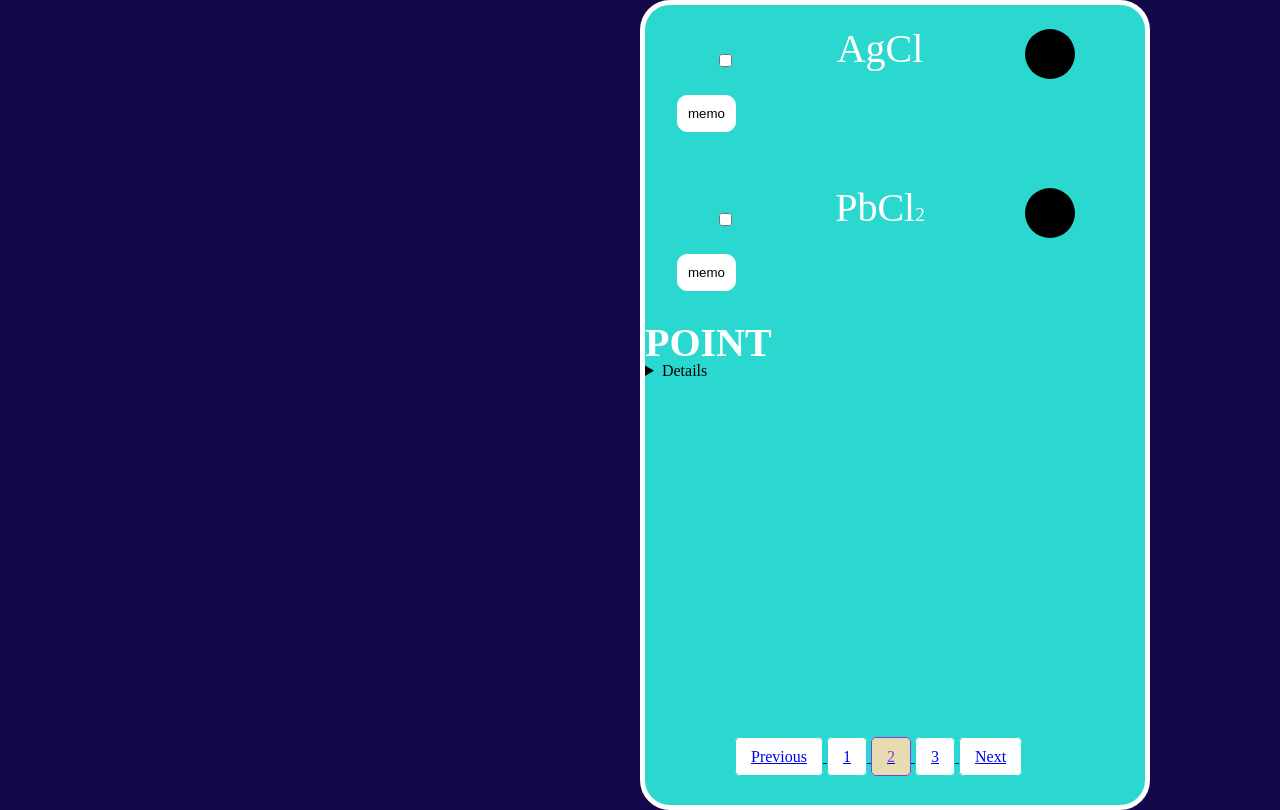
Repository: 1000sky/Inorganic_chemistry_application
Page: http://localhost/index2
An editor plug-in stored every save of this project. The page is shown before and after the next save, followed by the edit.
The browser window is 1280 px wide. The pictures show the whole page.
The page is served by the project's Laravel application, run on PHP 8.4 with Laravel 8. Other server files are loaded and not shown.

Above is the page before, as saved 2022-07-16 19:16:42.
Console error: TypeError: Cannot set properties of null (setting 'onclick')

### application/routes/web.php
<?php

use Illuminate\Support\Facades\Route;

/*
|--------------------------------------------------------------------------
| Web Routes
|--------------------------------------------------------------------------
|
| Here is where you can register web routes for your application. These
| routes are loaded by the RouteServiceProvider within a group which
| contains the "web" middleware group. Now create something great!
|
*/

Route::get('/home', function () {
    return view('welcome');
});

Route::get('/dashboard', function () {
    return view('dashboard');
})->middleware(['auth'])->name('dashboard');

require __DIR__.'/auth.php';



Route::get('/', function () {
    return view('index');
});

Route::get('/start', function () {
    return view('start');
})->middleware('auth');

Route::get('/explanation', function () {
    return view('explanation');
});

Route::get('/index2', function () {
    return view('index2');
});

Route::get('/index3', function () {
    return view('index3');
});

Route::get('/index4', function () {
    return view('index4');
});

Route::get('/index5', function () {
    return view('index5');
});

Route::get('/index6', function () {
    return view('index6');
});

Route::get('/index7', function () {
    return view('index7');
});

### application/resources/views/index2.blade.php
<!DOCTYPE html>
<html lang="ja">
<head>
    <meta charset="UTF-8">
    <meta name="viewport" content="width=device-width, initial-scale=1.0">
    <meta http-equiv="X-UA-Compatible" content="ie=edge">
    <title>Inorganic_chemistry_application</title>
    <link rel="stylesheet" href="css/reset.css" >
    <link rel="stylesheet" href="css/index.css" />


</head>
<body>
    <div class=card>
        <div class=memorize>
            <input type="checkbox" class=checkbox name="">
            <div class=Chemical-formula>AgCl</div>
            <div class=circle></div>
          </div>
          <form>
            <input type="button" class=button name="" value="memo" onClick="setTF(this.form.text1,'visible')">
            <input type="text" name="text1" style="visibility:hidden"><br>
          </form>
          <br>
          <br>


          <div class=memorize>
            <input type="checkbox" class=checkbox name="">
            <div class=Chemical-formula>PbCl<span>2</span></div>
            <div class=circle></div>
          </div>
          <form>
            <input type="button" class=button name="" value="memo" onClick="setTF(this.form.text1,'visible')">
            <input type="text" name="text1" style="visibility:hidden"><br>
          </form>
          <br>
          <br>


          <div>
            <h3 class=point>POINT</h3>
           <details>

           </details>


         </div>



         <ul class="page">
           <li><a href="/">Previous</li>
           <li><a href="/">1</li>
           <li class="this">2</li>
           <li><a href="/index3">3</li>
           <li><a href="/index3">Next</li>
           </ul>

         </div>




    </div>


   <script language="JavaScript">
    function setTF(fObj,vType)
    {
      fObj.style.visibility = vType;
    };

    document.getElementById("point").onclick = function() {
      document.getElementById("point-text").innerHTML = "硫酸の塩は本来,水に溶けやすいです。<br>アルカリ土類金属イオンやPb<span class=ion>2+</span>があると沈殿します。";

    };


    window.addEventListener('load', function(){
      document.getElementById("cheak").addEventListener('click', function(){
      alert("アルカリ土類金属　Ca Sr Ba Ra   周期表の2属に属します");
     });
    });
    </script>


</body>

### application/public/css/index.css
body {
    background-color: rgb(20, 8, 75);
}

.card {
  position: relative;
  top: 50%;
  left: 50%;
  width: 500px;
  height: 800px;

  background-color: rgb(42, 216, 208);
  border: solid 5px white;
  border-radius: 30px;
}
.checkbox{
    margin-top: 1rem;

}
.memorize{
  padding: 1.5rem 1.2rem 0;
  display: flex;
  justify-content: space-around;
}

.Chemical-formula {
    color: white;
    font-size: 2.5rem;
}

.circle{
  width: 50px;
  height: 50px;
  background: black;
  border-radius: 50%;

}
.circle:hover{
    background-color: white;

}

.button{

    margin: 1rem 0 0 2rem;
    border-radius: 10px;
    border: solid 1px white;
    background-color: white;
    padding: 10px;
}

span {
  font-size: 1.2rem;
}

.point {
   color: white;

  font-size: 2.5rem;
}



.page{

  position: absolute;
  left:18%;
  bottom: 5%;

}

.page li{
  display: inline;
  padding:10px 15px;
  border:solid 1px ;
  border-radius: 5px ;
  color: rgb(42, 216, 208);
  background-color: white;
  text-decoration: none;


}



.page li a:hover {
  background-color: rgb(255, 231, 51);
  text-decoration: none;
}



.page .this {
  background-color:rgb(231, 219, 177);
  color:rgb(140, 59, 206);
  text-decoration: none;
}

#point {

  margin: 0 auto;
  cursor: pointer;
  width: 450px;
  padding: 10px;

  text-align: center;
  border: 1px solid white;
  border-radius: 5px ;
}

#point-text {
  color: white;
}

.ion {
  font-size: 0.5rem;
  vertical-align: top;

}

Loaded but not shown: application/routes/auth.php (common file); application/public/css/reset.css (common file)

After the next save:
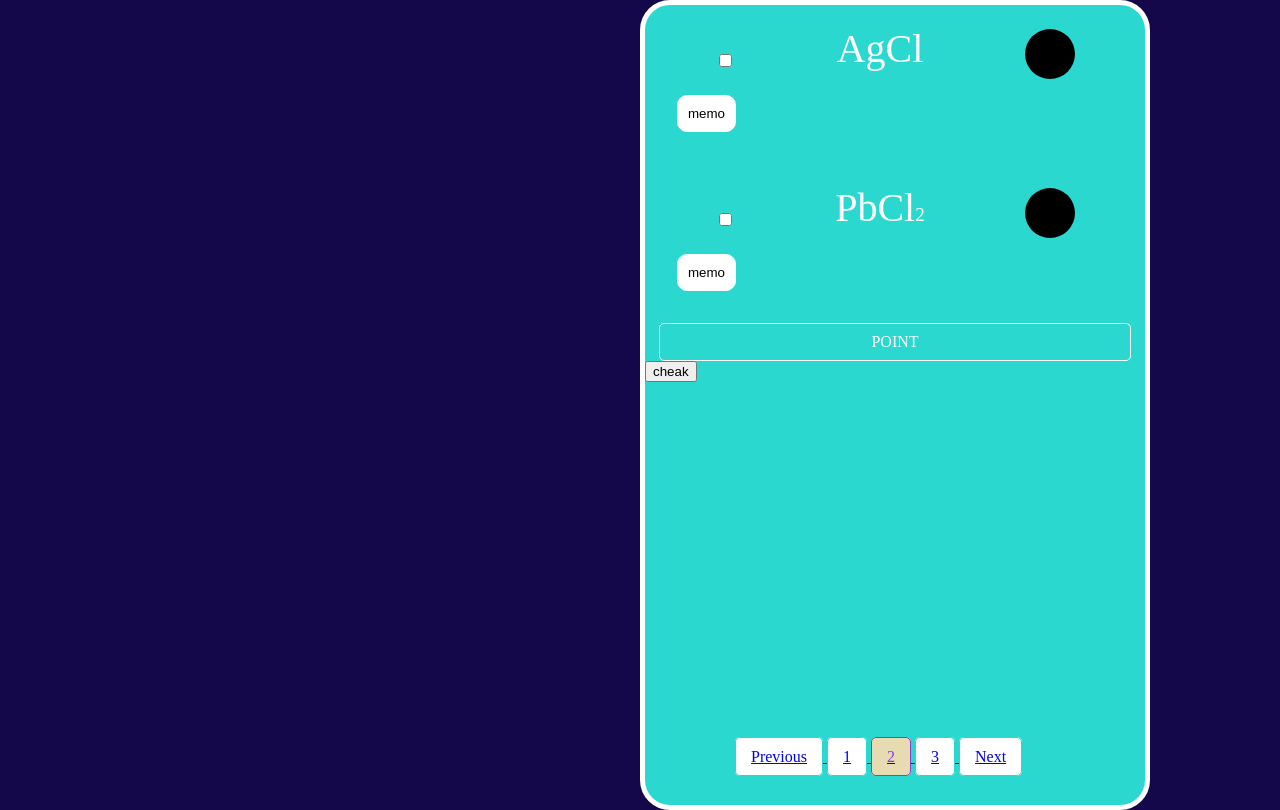
The error is gone.
Saved 50 s later.
--- a/application/resources/views/index2.blade.php
+++ b/application/resources/views/index2.blade.php
@@ -38,14 +38,12 @@
           <br>
 
 
-          <div>
-            <h3 class=point>POINT</h3>
-           <details>
+          <div id="point">
+            <p id="point-text">POINT</p>
+          </div>
 
-           </details>
+          <button id="cheak">cheak</button>
 
-
-         </div>
 
 
 
